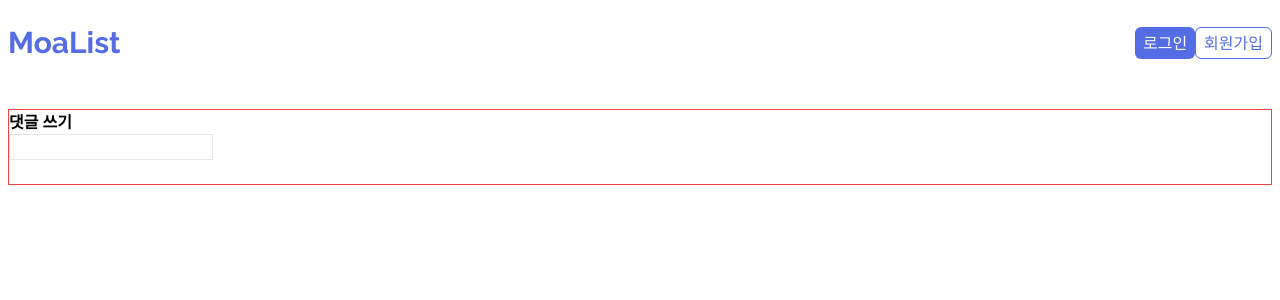
Repository: wisdomshin/moa-list
Page: /comment/new
An editor plug-in stored every save of this project. The page is shown before and after the next save, followed by the edit.
The browser window is 1280 px wide. The pictures show the whole page.
The page's requests for data from a server got no answer. The project was rebuilt for these pictures with package versions that can differ from the ones it lists, and the page was loaded fresh each time. The framework's server and built-in components were replaced by stand-ins that run in the browser. No one was signed in, and anything a server would have sent is missing. Also part of the build but not shown: next.config.mjs, components/layout/LogoutBtn.js.

Above is the page before, as saved 2024-02-21 00:22:54.

After the next save:
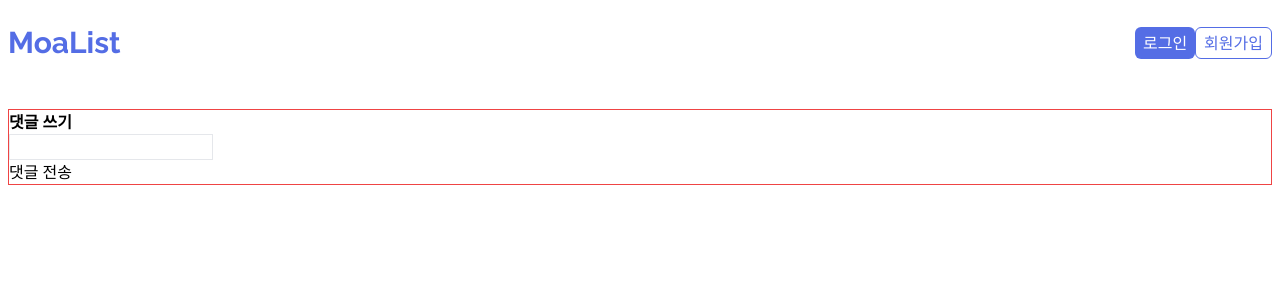
Saved 16 s later.
--- a/app/comment/new/page.js
+++ b/app/comment/new/page.js
@@ -3,7 +3,7 @@ export default function CommentWrite() {
     <section className='border border-red-500'>
       <b>댓글 쓰기</b>
       <input type='text' className='block border' />
-      <button />
+      <button>댓글 전송</button>
     </section>
   );
 }
